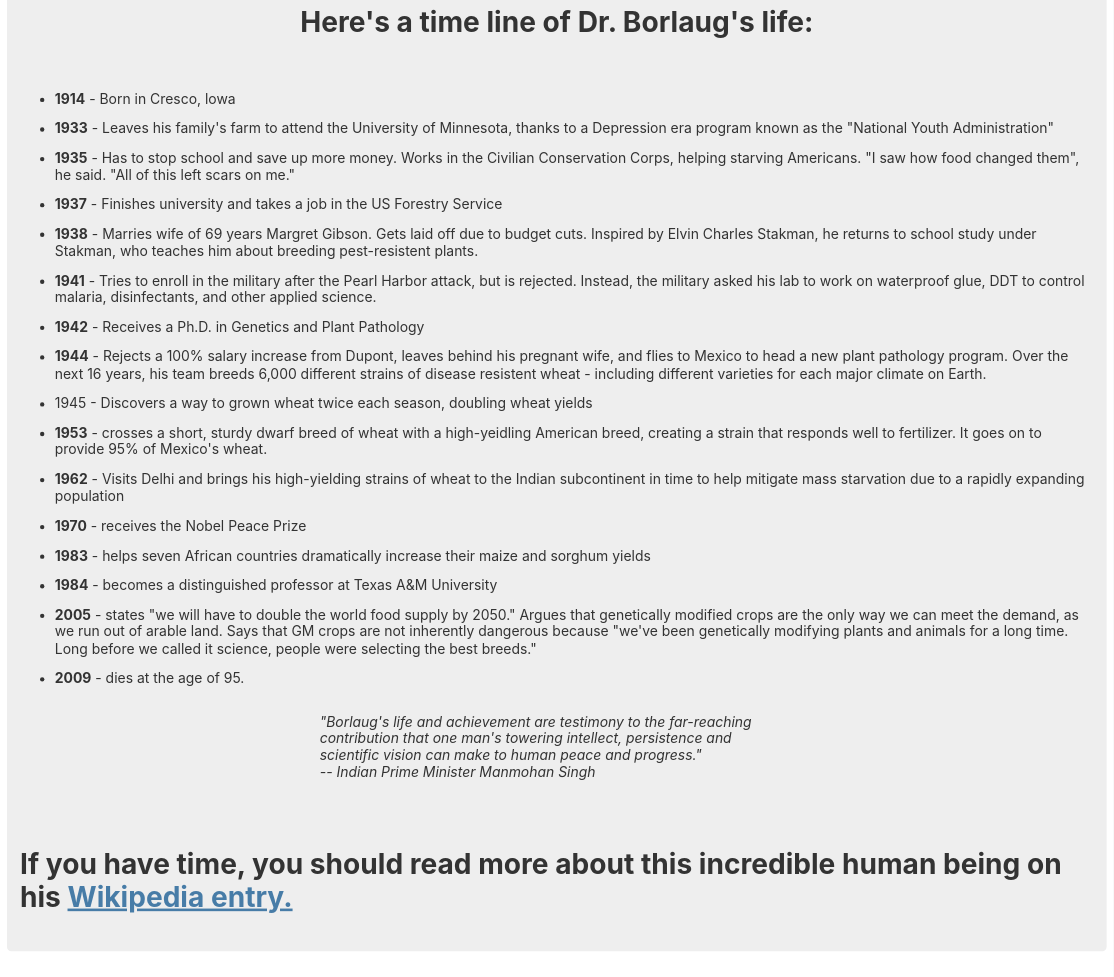
Repository: Lungdjos/tribute-page-certificate
Page: index.html
These files come from the project's save history. The page is drawn as it stood at one moment and after the next save; the edit follows.
The browser window is 1280 px wide. The pictures show the part of the page from y = 544 to 1782 px (the page is 1667 px tall before and 1782 px after), at 87% of full size.
A picture or video elsewhere on the page could not be fetched, so the positions and the page height are approximate.

Above is the page before, as saved 2023-10-30 12:49:36.

### index.html
<!DOCTYPE html>
<html lang="en">

<head>
    <meta charset="UTF-8">
    <meta name="viewport" content="width=device-width, initial-scale=1.0">
    <title>Document</title>
    <link rel="stylesheet" href="styles.css">
</head>

<body>
    <main id="main">
        <h1 id="title">Dr. Norman Borlaug</h1>
        <p>The man who saved a billion lives</p>
        <div id="img-div">
            <img id="image" src="https://cdn.freecodecamp.org/testable-projects-fcc/images/tribute-page-main-image.jpg" alt="">
            <figcaption id="img-caption">Dr. Norman Borlaug, third from the left, trains biologists in Mexico on how to increase wheat yields - part of his life-long war on hunger.</figcaption>
        </div>
        <div id="tribute-info">
            <h2>Here's a time line of Dr. Borlaug's life:</h2>
            <ul>
                <li><strong>1914</strong> - Born in Cresco, lowa</li>
                <li><strong>1933</strong> - Leaves his family's farm to attend the University of Minnesota, thanks to a Depression era program known as the "National Youth Administration"</li>
                <li><strong>1935</strong> - Has to stop school and save up more money. Works in the Civilian Conservation Corps, helping starving Americans. "I saw how food changed them", he said. "All of this left scars on me."</li>
                <li><strong>1937</strong> - Finishes university and takes a job in the US Forestry Service</li>
                <li><strong>1938</strong> - Marries wife of 69 years Margret Gibson. Gets laid off due to budget cuts. Inspired by Elvin Charles Stakman, he returns to school study under Stakman, who teaches him about breeding pest-resistent plants.</li>
                <li><strong>1941</strong> - Tries to enroll in the military after the Pearl Harbor attack, but is rejected. Instead, the military asked his lab to work on waterproof glue, DDT to control malaria, disinfectants, and other applied science.</li>
                <li><strong>1942</strong> - Receives a Ph.D. in Genetics and Plant Pathology</li>
                <li><strong>1944</strong> - Rejects a 100% salary increase from Dupont, leaves behind his pregnant wife, and flies to Mexico to head a new plant pathology program. Over the next 16 years, his team breeds 6,000 different strains of disease
                    resistent wheat - including different varieties for each major climate on Earth.</li>
                <li>1945<strong></strong> - Discovers a way to grown wheat twice each season, doubling wheat yields</li>
                <li><strong>1953</strong> - crosses a short, sturdy dwarf breed of wheat with a high-yeidling American breed, creating a strain that responds well to fertilizer. It goes on to provide 95% of Mexico's wheat.</li>
                <li><strong>1962</strong> - Visits Delhi and brings his high-yielding strains of wheat to the Indian subcontinent in time to help mitigate mass starvation due to a rapidly expanding population</li>
                <li><strong>1970</strong> - receives the Nobel Peace Prize</li>
                <li><strong>1983</strong> - helps seven African countries dramatically increase their maize and sorghum yields</li>
                <li><strong>1984</strong> - becomes a distinguished professor at Texas A&M University</li>
                <li><strong>2005</strong> - states "we will have to double the world food supply by 2050." Argues that genetically modified crops are the only way we can meet the demand, as we run out of arable land. Says that GM crops are not inherently
                    dangerous because "we've been genetically modifying plants and animals for a long time. Long before we called it science, people were selecting the best breeds."</li>
                <li><strong>2009</strong> - dies at the age of 95.</li>

            </ul>
            <blockquote>"Borlaug's life and achievement are testimony to the far-reaching contribution that one man's towering intellect, persistence and scientific vision can make to human peace and progress."<br> -- Indian Prime Minister Manmohan Singh</blockquote>
            <h2 class="foot">If you have time, you should read more about this incredible human being on his
                <a href="https://en.wikipedia.org/wiki/Norman_Borlaug" target="_blank" id="tribute-link">Wikipedia entry.</a></h2>
        </div>
    </main>

</body>

</html>

### styles.css
    html {
        font-size: 10px;
    }

    body {
        background: #fff;
        text-align: center;
        color: #333;
        margin: 0;
        line-height: 1.2;
        font-size: 1.6rem;
        font-family: -apple-system, BlinkMacSystemFont, 'Segoe UI', 'Roboto', 'Helvetica Neue', Arial, sans-serif;
    }

    h1 {
        font-size: 4rem;
        margin-top: 0;
    }

    @media (max-width: 40px) {
        h1 {
            font-size: 3.5rem;
            line-height: 1.2;
        }
    }

    h2 {
        font-size: 3.23rem;
    }

    #main {
        background: #eee;
        margin: 30px 8px;
        border-radius: 5px;
        padding: 15px;
    }

    @media (max-width: 460px) {
        #main {
            margin: 0;
        }
    }
    /* image styling */

    #img-div {
        background: #fff;
        padding: 10px;
        margin: 0;
    }

    #img-caption {
        margin: 15px 0;
    }

    img {
        max-width: 100%;
        display: block;
        height: auto;
        margin: 0 auto;
    }
    /* tribute infomation */

    #tribute-info {
        display: flex;
        justify-content: center;
        flex-wrap: wrap;
        text-align: left;
    }

    ul {
        line-height: ;
    }

    li {
        margin: 15px 0;
    }
    /* styling at the bottom */

    blockquote {
        font-style: italic;
        max-width: 545px;
        margin: 0 auto 50px auto;
        text-align: left;
    }

    a {
        color: #477ca7;
    }

    a:visited {
        color: #74638f;
    }

After the next save:
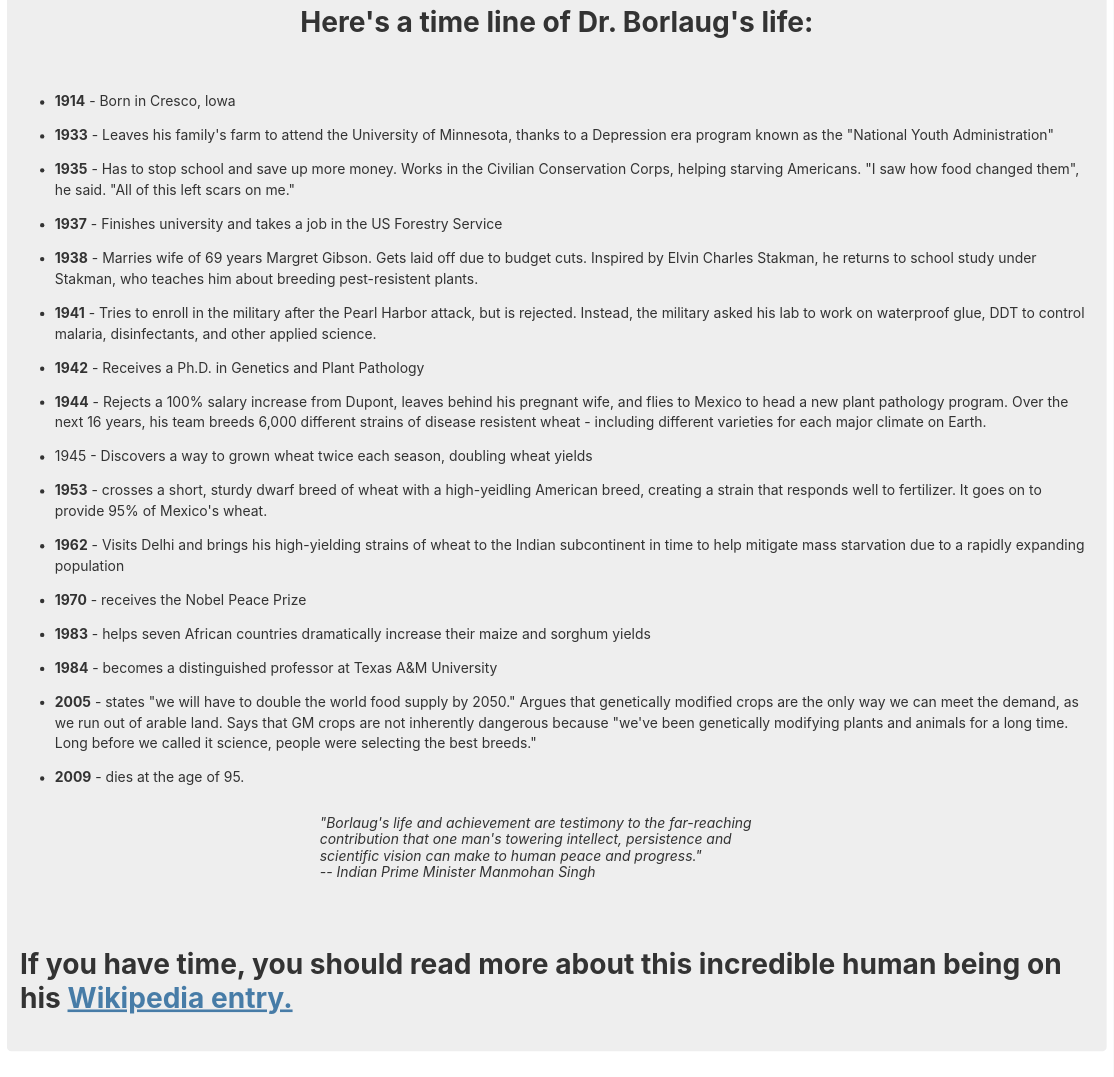
Saved 4 s later.
--- a/styles.css
+++ b/styles.css
@@ -68,7 +68,7 @@
     }
 
     ul {
-        line-height: ;
+        line-height: 1.5;
     }
 
     li {
